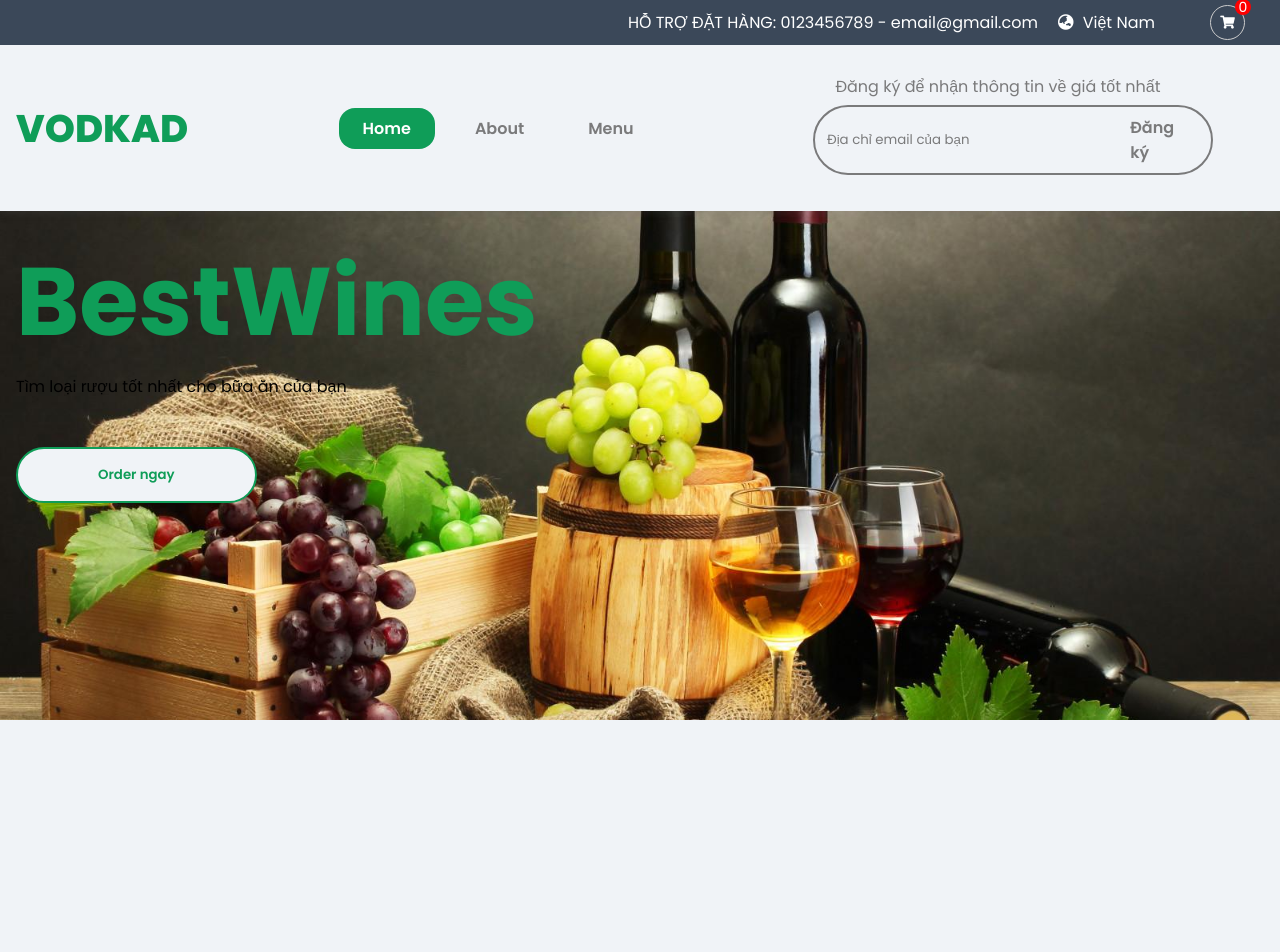
Repository: skyversion/web-n-giao-ti-p-ng-i-m-y
Page: index.html
An editor plug-in stored every save of this project. The page is shown before and after the next save, followed by the edit.
The browser window is 1280 px wide. The pictures show the part of the page from y = 0 to 952 px (the page is 4382 px tall).
Backgrounds fixed to the window are drawn as part of the page.

Above is the page before, as saved 2021-09-09 05:11:49.

After the next save:
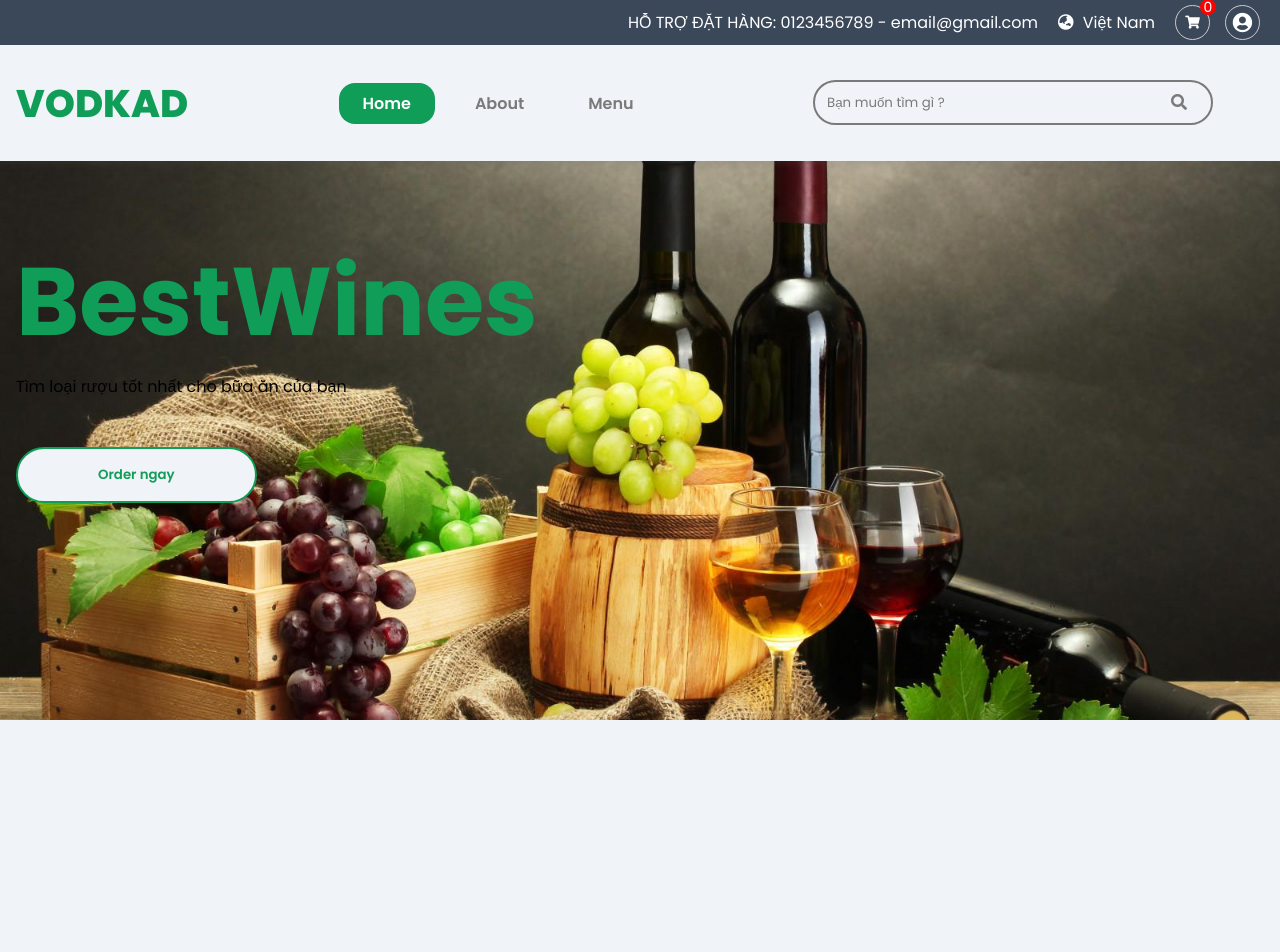
Saved 5 h 41 min later.
--- a/index.html
+++ b/index.html
@@ -6,7 +6,7 @@
     <meta charset="UTF-8">
     <meta name="viewport" content="width=device-width, initial-scale=1.0">
     <title>
-        Cùng nhau đi shoping
+        VoDkad Shop
     </title>
     <link rel="preconnect" href="https://fonts.gstatic.com">
     <link href="https://fonts.googleapis.com/css2?family=Poppins:wght@200;300;400;500;600;700;800;900&display=swap"
@@ -38,6 +38,11 @@
                             <div class="flex">
 								<a href="gio-hang.html" class="cart-head"><i class="fas fa-shopping-cart"></i><span>0</span></a>
 							</div>
+                            <div class="cart-circle">
+                                <a href="" class="circle">
+                                    <i class="cart-circle-item fas fa-user-circle"></i>
+                                </a>
+                            </div>
                         </div>
                     </div>
                 </div>
@@ -81,15 +86,17 @@
                             <div class="flex">
                                 <div class="left-dangky">
 
-                                    <p class="clwhite">Đăng ký để nhận thông tin về giá tốt nhất</p>
+                                   <!-- <p class="clwhite">Tìm kiếm</p>-->
                                 </div>
                                 <div class="right-dangky">
                                     <form class="form-dangky">
-                                        <input type="text" placeholder="Địa chỉ email của bạn" name="">
+                                        <input type="text" placeholder="Bạn muốn tìm gì ?" name="">
 
                                         <a href="#submit">
                                             <div class="menu-item">
-                                                Đăng ký
+                                                <a href="" class="card-seach">
+                                                    <i class="fas fa-search"></i>
+                                                </a>
                                             </div>
                                         </a>
                                     </form>
@@ -162,7 +169,7 @@
                      <span class="primary-color">Bạn</span> sẽ chọn gì hôm nay?
                 </h1>
                 <p>
-                    day la cac san pham cua chung toi
+                    Các sản phẩm của chúng tôi
 
                 </p>
                 <div class="Vodka-cacloaivoka">
@@ -287,7 +294,7 @@
                             </div>
                         </div>
                     </div>
-                    <!--lorem1-->
+                    <!--Vodka-->
 
                     <div class="drink-item ipsum-type">
                         <div class="item-wrap bottom-up play-on-scroll">
@@ -311,7 +318,7 @@
                             </div>
                         </div>
                     </div>
-                    <!--lorem2-->
+                    <!--Vodka-->
 
                     <div class="drink-item lorem-type">
                         <div class="item-wrap bottom-up play-on-scroll">
@@ -334,8 +341,7 @@
                             </div>
                         </div>
                     </div>
-                     <!--lorem3-->
-
+                     <!--Vodka-->
                     <div class="drink-item dolor-type">
                         <div class="item-wrap bottom-up play-on-scroll">
                             <div class="item-img">
@@ -357,7 +363,7 @@
                             </div>
                         </div>
                     </div>
-                    <!--Ipsum-->
+                   <!--Vodka-->
 
                     <div class="drink-item salad-type">
                         <div class="item-wrap bottom-up play-on-scroll">
@@ -380,7 +386,7 @@
                             </div>
                         </div>
                     </div>
-                    <!--dotor1-->
+                    <!--Vodka-->
 
                     <div class="drink-item lorem-type">
                         <div class="item-wrap bottom-up play-on-scroll">
@@ -403,7 +409,7 @@
                             </div>
                         </div>
                     </div>
-                     <!--dotor2-->
+                     <!--Vodka-->
 
                     <div class="drink-item dolor-type">
                         <div class="item-wrap bottom-up play-on-scroll">
